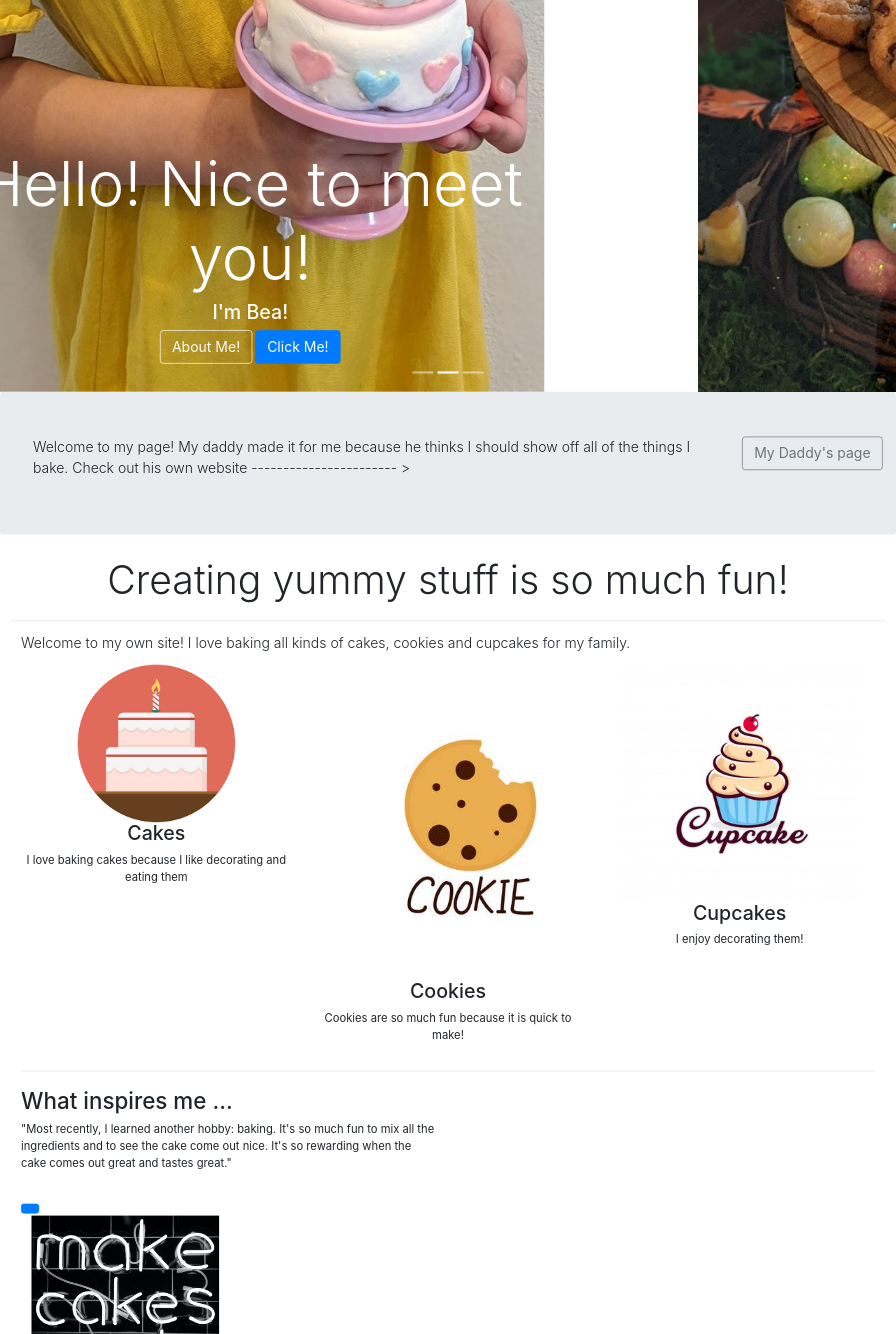
Repository: djzaragoza/Bea-Creation
Page: index.html
These files come from the project's save history. The page is drawn as it stood at one moment and after a run of saves; the edit follows.
The browser window is 1280 px wide. The pictures show the part of the page from y = 1381 to 3301 px (the page is 3287 px tall before and 3301 px after), at 70% of full size.
Some web libraries are served in a nearby version.

Above is the page before, as saved 2020-04-07 20:57:25.

### index.html
<!DOCTYPE html>
<html lang="en">
<head>
    <meta charset="utf-8">
    <meta name="viewport" content="width=device-width, initial-scale=1">
    <title>Bea's Creation</title>
    <link rel="stylesheet" href="https://maxcdn.bootstrapcdn.com/bootstrap/4.0.0/css/bootstrap.min.css">
    <script src="https://ajax.googleapis.com/ajax/libs/jquery/3.3.1/jquery.min.js"></script>
    <script src="https://cdnjs.cloudflare.com/ajax/libs/popper.js/1.12.9/umd/popper.min.js"></script>
    <script src="https://maxcdn.bootstrapcdn.com/bootstrap/4.0.0/js/bootstrap.min.js"></script>
    <script src="https://use.fontawesome.com/releases/v5.0.8/js/all.js"></script>
    <link rel="style.css" rel="stylesheet">
</head>
<body>

<!-- navigation -->
<nav class="navbar navbar-expand-md navbar-light bg-light sticky-top">
<div class="container-fluid">
    <a class="navbar-brand" href="#"><img src=""></a>
    <button class="navbar-toggler" type="button" data-toggle="collapse" data-target="#navbarResponsive">
        <span class="navbar-toggler-icon"></span>
    </button>
    <div class="collapse navbar-collapse" id="navbarResponsive">
        <ul class="navbar-nav ml-auto">
            <li class="nav-item active">
                <a class="nav-link" href="#">Home</a>
            </li>
            <li class="nav-item">
                <a class="nav-link" href="#">Cakes</a>
            </li>
            <li class="nav-item">
                <a class="nav-link" href="#">Cupcakes</a>
            </li>
            <li class="nav-item">
                <a class="nav-link" href="#">Cookies</a>
            </li>
        </ul>
    </div>

</div>


</nav>


<!-- image slider -->
<div id="slides" class="carousel slide" data-ride="carousel">
    <ul class="carousel-indicators">
        <li data-target="#slides" data-slide-to="0" class="active"></li>
        <li data-target="#slides" data-slide-to="1">
        <li data-target="#slides" data-slide-to="2">
    </ul>
    <div class="carousel-inner">
        <div class="carousel-item active">
            <img src="img/bea_cover_photo.jpg">
            <div class="carousel-caption">
                <h1 class="display-2">Hello! Nice to meet you!</h1>
                <h3>I'm Bea!</h3>
                <button type="button" class="btn btn-outline-light btn-lg">About Me!</button>
                <button type="button" class="btn btn-primary btn-lg">Click Me!</button>
            </div>
        </div>
        <div class="carousel-item">
            <img src="img/bea_home_cookies.jpg">
        </div>
        <div class="carousel-item">
            <img src="img/bea_home_cupcakes.jpg">
        </div>
    </div>
</div>


<!-- jumbotron -->
<div class="container-fluid">
    <div class="row jumbotron">
        <div class="column-xs-12 col-sm-12 col-md-9 col-lg-9 col-xl-10">
            <p class="lead">Welcome to my page!  My daddy made it for me because he thinks I should show off all of the things I bake.  Check out his own website      ----------------------- > </p>
        </div>
        <div class="col-xs-12 col-sm-12 col-md-3 col-lg-3 col-xl-2">
            <a href="https://www.djzaragoza.dev" target="_blank"><button type="button" class="btn btn-outline-secondary btn-lg">My Daddy's page</button></a>
        </div>

    </div>
</div>

<!-- welcome section -->

<div class="container-fluid padding">
<div class="row welcome text-center">
    <div class="col-12">
        <h1 class="display-4">Creating yummy stuff is so much fun!</div>
    </div>
    <hr>
    <div class="col-12">
        <p class="lead">Welcome to my own site!  I love baking all kinds of cakes, cookies and cupcakes for my family.</p>
    </div>
<div>
</div>

<!-- three column section -->
<div class="container-fluid padding">
<div class="row text-center padding">
    <div class="col-xs-12 col-sm-6 col-md-4">
        <img src="img/cake_icon.png">
        <h3>Cakes</h3>
        <p>I love baking cakes because I like decorating and eating them</p>
    </div>
    <div class="col-xs-12 col-sm-6 col-md-4">
        <img src="img/cookie_icon.jpg">
        <h3>Cookies</h3>
        <p>Cookies are so much fun because it is quick to make!</p>
    </div>
    <div class="col-sm-12 col-md-4">
        <img src="img/cupcake_icon.jpg">
        <h3>Cupcakes</h3>
        <p>I enjoy decorating them!</p>
    </div>
</div>
<hr class="my-4">
</div>

<!-- two column section -->

<div class="container-fluid padding">
    <div class="row padding">
        <div class="col-md-12 col-lg-6">
            <h2>What inspires me ...</h2>
            <p>"Most recently, I learned another hobby: baking.  It's so much fun to mix all the ingredients and to see the cake come out nice.  It's so rewarding when the cake comes out great and tastes great."
            </p>
            <br>
            <a href="#" class="btn btn-primary"></a>
        <div>
        <div class="col-lg-6">
            <img src="img/family_baking_icon.jpg" class="img-fluid">
        </div>
    </div>
</div>
<!-- fixed background -->

<!-- emoji section -->

<!-- meet the team -->

<!-- cards -->

<!-- two column section -->







</body>



</html>

After the next 2 saves:
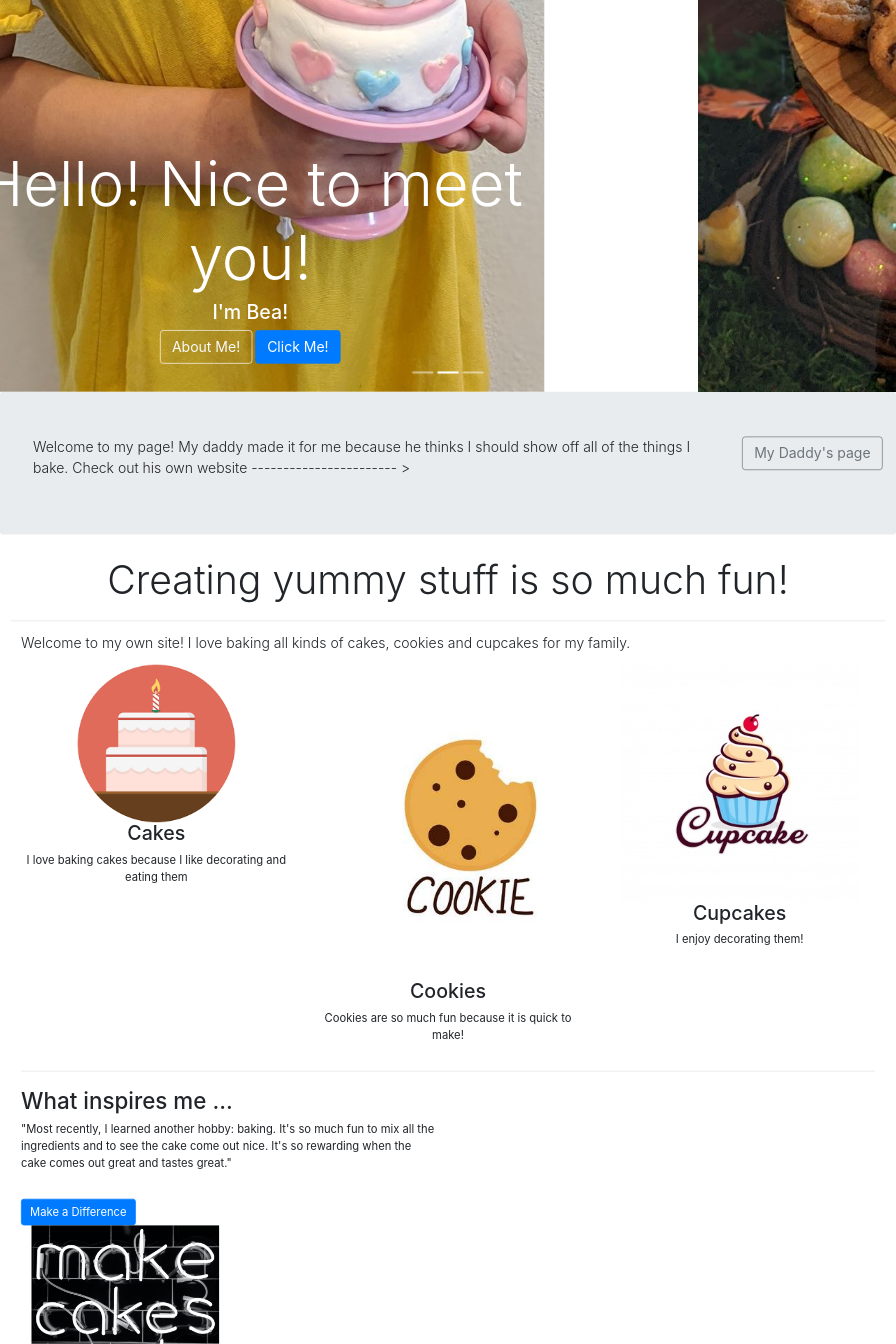
The 2 saves are shown as one change because they came seconds apart.
The last was saved 2 min 35 s later.
--- a/index.html
+++ b/index.html
@@ -128,7 +128,7 @@
             <p>"Most recently, I learned another hobby: baking.  It's so much fun to mix all the ingredients and to see the cake come out nice.  It's so rewarding when the cake comes out great and tastes great."
             </p>
             <br>
-            <a href="#" class="btn btn-primary"></a>
+            <a href="#" class="btn btn-primary">Make a Difference</a>
         <div>
         <div class="col-lg-6">
             <img src="img/family_baking_icon.jpg" class="img-fluid">
